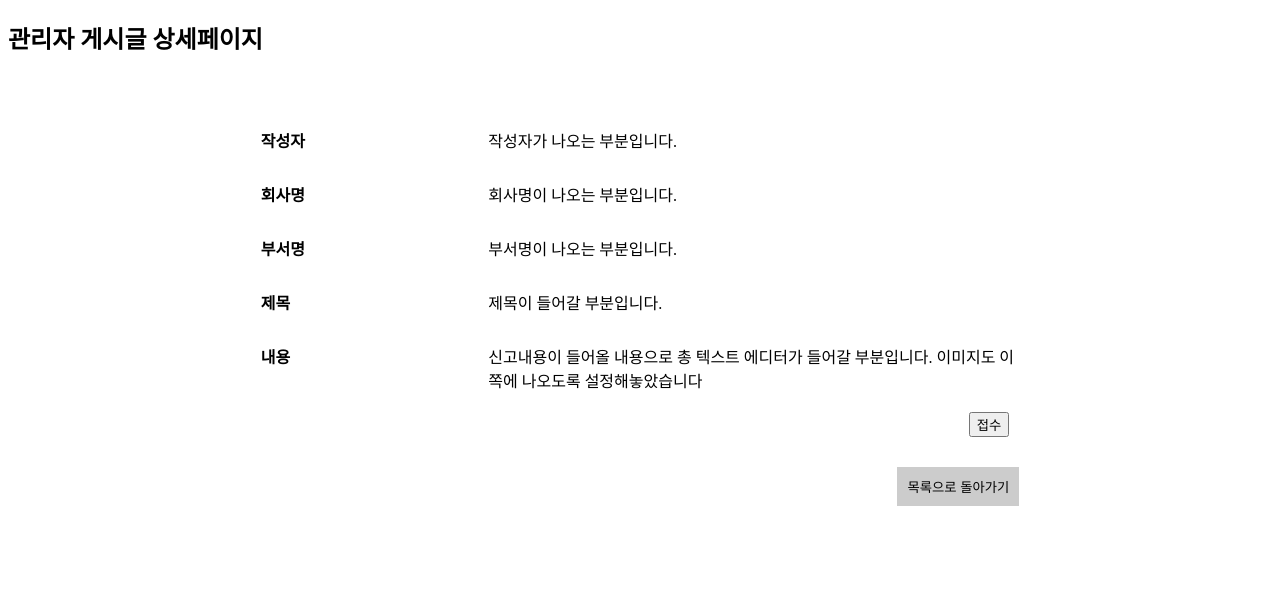
Repository: thdtjdgml415/exVoc
Page: /AdminView/1
An editor plug-in stored every save of this project. The page is shown before and after a run of saves, followed by the edit.
The browser window is 1280 px wide. The pictures show the whole page.
The project was rebuilt for these pictures with package versions that can differ from the ones it lists, and the page was loaded fresh each time. Also part of the build but not shown: src/components/table/CommonTable.css, src/components/table/CommonTable.js, src/components/table/CommonTableColumn.js, src/components/table/CommonTableRow.js, src/components/table/CommonTableWriteBtn.js, src/Page/PostList.js, src/Page/PostMain.js, src/Page/PostView.js and 4 more.

Above is the page before, as saved 2023-01-13 15:58:56.

After the next 2 saves:
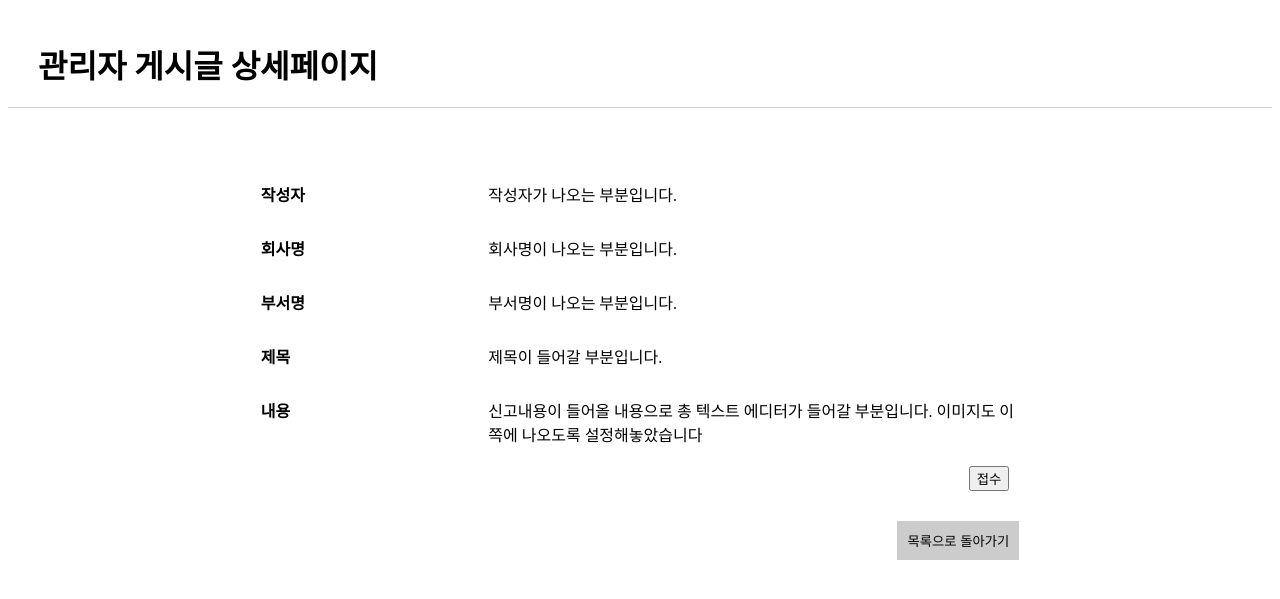
The 2 saves are shown as one change because they came seconds apart.
The last was saved 19 s later.
--- a/src/Page/AdminView.js
+++ b/src/Page/AdminView.js
@@ -26,7 +26,7 @@ const AdminView = ({ }) => {
 
   return (
     <>
-      <h2 align="left">관리자 게시글 상세페이지</h2>
+      <h1>관리자 게시글 상세페이지</h1>
       <div className="post-view-wrapper">
           <>
             <div className="post-view-row">
